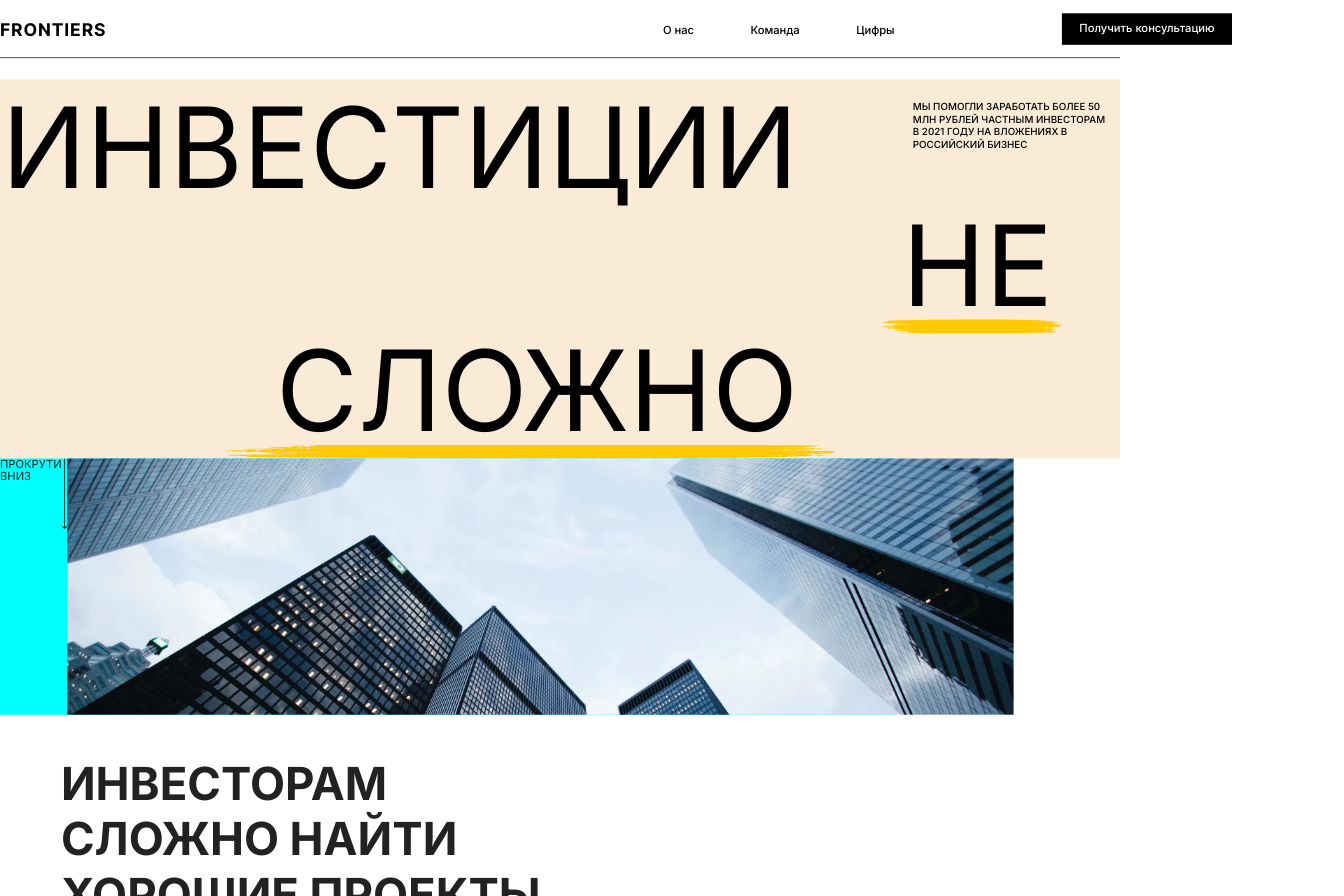
Repository: NadyaKorvin/frontiers
Page: /
These files come from the project's save history. The page is drawn as it stood at one moment and after the next save; the edit follows.
The browser window is 1280 px wide. The page is 1920 px wide, so the pictures cover 1920 px, including what lies to the right of the window. The pictures show the part of the page from y = 0 to 1280 px (the page is 2633 px tall), at 70% of full size.
The project was rebuilt for these pictures with package versions that can differ from the ones it lists, and the page was loaded fresh each time.

Above is the page before, as saved 2022-05-26 16:29:11.

### public/index.html
<!DOCTYPE html>
<html lang="en">
  <head>
    <meta charset="utf-8" />
    <link rel="icon" href="%PUBLIC_URL%/favicon.ico" />
    <meta name="viewport" content="width=device-width, initial-scale=1" />
    <meta name="theme-color" content="#000000" />
    <meta name="description" content="Web site created using create-react-app" />
    <link rel="apple-touch-icon" href="%PUBLIC_URL%/logo192.png" />
    <link rel="manifest" href="%PUBLIC_URL%/manifest.json" />
    <link rel="preconnect" href="https://fonts.googleapis.com" />
    <link rel="preconnect" href="https://fonts.gstatic.com" crossorigin />
    <link href="https://fonts.googleapis.com/css2?family=Inter:wght@300;400;500;700&display=swap" rel="stylesheet" />
    <title>FRONTIERS</title>
  </head>
  <body>
    <noscript>You need to enable JavaScript to run this app.</noscript>
    <div id="root"></div>
  </body>
</html>

### src/index.js
import React from "react"
import ReactDOM from "react-dom/client"

import App from "./App"

const root = ReactDOM.createRoot(document.getElementById("root"))
root.render(
  <React.StrictMode>
    <App />
  </React.StrictMode>
)

### src/App.js
import { useState } from "react";
import "./App.css";
import { SecondScreenAnimation } from "./components/secondScreen/SecondScreenAnimation";
import FirstScreen from "./components/firstScreen/FirstScreen";
import LastScreen from "./components/lastScreen/LastScreen";

function App() {
  const [mousePosition, setMousePosition] = useState("");

  const listenUpperMousePosition = (event) => {
    console.log(event);
    console.log(event.target);
    setMousePosition(event.target);
  };

  return (
    <>
      <FirstScreen />
      <div className="App">
        <SecondScreenAnimation listenMousePosition={listenUpperMousePosition} />
      </div>
      <LastScreen />
    </>
  );
}
export default App;

### src/App.css
@import url("./reset.css");
@import url("./components/secondScreen/SecondScreen.css");
@import url("./font/font.css");
@import url("./components/firstScreen/FirstScreen.css");
@import url("./components/lastScreen/LastScreen.css");
@import url("./components/button/Button.css");
@import url("./components/form/Form.css");

body {
  font-family: "Inter";
}

### src/components/secondScreen/SecondScreenAnimation.js
export function SecondScreenAnimation({ listenMousePosition, mousePosition }) {
  let goUp = ""
  const goUpBlackLines = (mousePosition) => {
    if (mousePosition === "animation__text_first_part") {
      goUp = "up"
      return goUp
    }
  }
  goUpBlackLines(mousePosition)
  console.log(goUp)
  return (
    <div className="animation__text_block">
      {goUp != "up" ? (
        <div>
          <div className="animation__text" onMouseOver={listenMousePosition}>
            <p className="animation__text_first_part">Инвесторам сложно найти хорошие проекты,</p>
            <p className="animation__text_second_part">а хорошим проектам — инвестиции.</p>
          </div>
          <div className="animation__black_lines">
            <div className="animation__1th_black_line"></div>
            <div className="animation__2th_black_line"></div>
            <div className="animation__3th_black_line"></div>
          </div>
        </div>
      ) : (
        <div>
          <div className="animation__text" onMouseOver={listenMousePosition}>
            <p className="animation__text_first_part" style={{ color: "#fff" }}>
              Инвесторам сложно найти хорошие проекты,
            </p>
            <p className="animation__text_second_part" style={{ color: "#000" }}>
              а хорошим проектам — инвестиции.
            </p>
          </div>
          <div className="animation__black_lines">
            <div className="animation__1th_black_line" style={{ width: "484px", marginTop: "-475px" }}></div>
            <div className="animation__2th_black_line" style={{ width: "586px" }}></div>
            <div className="animation__3th_black_line" style={{ width: "722px" }}></div>
          </div>
        </div>
      )}
    </div>
  )
}

### src/components/firstScreen/FirstScreen.js
import React from "react";
import image from "./image.webp";

export default function firstScreen() {
  const pointer = (
    <svg
      width="8"
      height="101"
      viewBox="0 0 8 101"
      fill="none"
      xmlns="http://www.w3.org/2000/svg"
    >
      <path
        d="M4.35355 100.356C4.15829 100.551 3.84171 100.551 3.64645 100.356L0.464466 97.1735C0.269204 96.9783 0.269204 96.6617 0.464466 96.4664C0.659728 96.2712 0.976311 96.2712 1.17157 96.4664L4 99.2948L6.82843 96.4664C7.02369 96.2712 7.34027 96.2712 7.53553 96.4664C7.7308 96.6617 7.7308 96.9783 7.53553 97.1735L4.35355 100.356ZM3.5 100.002L3.5 0.00195312H4.5L4.5 100.002H3.5Z"
        fill="black"
      />
    </svg>
  );

  return (
    <>
      <section className="firstscreen">
        <header className="firstscreen__header">
          <div className="firstscreen__logotype">FRONTIERS</div>
          <div className="firstscreen__menu">
            <div className="firstscreen__nav">
              <nav className="firstscreen__nav_team">
                <ul>О нас</ul>
                <ul>Команда</ul>
                <ul>Цифры</ul>
              </nav>
            </div>
            <div className="firstscreen__button">
              <p className="firstscreen__text_btn">Получить консультацию</p>
            </div>
          </div>
        </header>
        <div className="firstscreen__content">
          <div className="firstscreen__content_left_text">
            <p>ИНВЕСТИЦИИ</p>
            <div>
              <p>СЛОЖНО</p>
              <div className="firstscreen__content_vector_complex" />
            </div>
          </div>
          <div className="firstscreen__content_rihgt_text">
            <div className="firstscreen__content_rihgt_text_up">
              <p>
                Мы помогли заработать более 50 млн рублей частным инвесторам в
                2021 году на вложениях в российский бизнес
              </p>
            </div>
            <div className="firstscreen__content_rihgt_text_down">
              <p>НЕ</p>
              <div className="firstscreen__content_vector_not" />
            </div>
          </div>
        </div>
        <div className="firstscreen__content_bottom_content">
          <p>ПРОКРУТИ ВНИЗ</p>
          <div className="firstscreen__content_pointer">{pointer}</div>
          <img src={image} alt="" className="firstscreen__img" />
        </div>
      </section>
    </>
  );
}

### src/components/lastScreen/LastScreen.js
import React from "react";
import Form from "../form/Form"
import LogoKojo from "./LogoKojo"

export default function LastScreen() {
  return (
    <>
      <section className="lastscreen">
        <div className="lastscreen__wrapper">
          <div className="lastscreen__left_content">
            <p>
              ОТПРАВЬТЕ НАМ ЗАЯВКУ НА КОНСУЛЬТАЦИЮ И МЫ ПОДБЕРЕМ ДЛЯ ВАС
              НАИБОЛЕЕ ПОДХОДЯЩУЮ СТРАТЕГИЮ
            </p>
          </div>
          <div className="lastscreen__right_content">
            <div className="lastscreen__text_form">
              <p>ЗАПОЛНИТЕ ФОРМУ И МЫ С ВАМИ СВЯЖЕМСЯ В БЛИЖАЙШЕЕ ВРЕМЯ</p>
            </div>
            <Form />
          </div>
        </div>
        <footer className="lastscreen__footer">
          <div className="lastscreen__contact">
            <p>КОНТАКТЫ</p>
            <p>Санкт-Петербург, Невский пр-кт, 71 (5 этаж)</p>
            <p>+7 000 987 6543</p>
            <p><a href="mailto:info@frontiers.ru" >info@frontiers.ru</a></p>
          </div>
          <div className="lastscreen__design">
            <p>Дизайн и разработка</p>
            <LogoKojo />
          </div>
          <div className="lastscreen__frontiers">
            <p>FRONTIERS</p>
            <p>Политика конфиденциальности</p>
            <p>© 2022 Frontiers Group</p>
          </div>
        </footer>
      </section>
    </>
  );
}

### src/reset.css
html,
body,
div,
span,
applet,
object,
iframe,
h1,
h2,
h3,
h4,
h5,
h6,
p,
blockquote,
pre,
a,
abbr,
acronym,
address,
big,
cite,
code,
del,
dfn,
em,
img,
ins,
kbd,
q,
s,
samp,
small,
strike,
strong,
sub,
sup,
tt,
var,
b,
u,
i,
center,
dl,
dt,
dd,
ol,
ul,
li,
fieldset,
form,
label,
legend,
table,
caption,
tbody,
tfoot,
thead,
tr,
th,
td,
article,
aside,
canvas,
details,
embed,
figure,
figcaption,
footer,
header,
hgroup,
menu,
nav,
output,
ruby,
section,
summary,
time,
mark,
audio,
video {
  margin: 0;
  padding: 0;
  border: 0;
  font-size: 100%;
  font: inherit;
  vertical-align: baseline;
}

:focus {
  outline: 0;
}

article,
aside,
details,
figcaption,
figure,
footer,
header,
hgroup,
menu,
nav,
section {
  display: block;
}

body {
  line-height: 1;
}

ol,
ul {
  list-style: none;
}

blockquote,
q {
  quotes: none;
}

blockquote:before,
blockquote:after,
q:before,
q:after {
  content: "";
  content: none;
}

table {
  border-collapse: collapse;
  border-spacing: 0;
}

input[type="search"]::-webkit-search-cancel-button,
input[type="search"]::-webkit-search-decoration,
input[type="search"]::-webkit-search-results-button,
input[type="search"]::-webkit-search-results-decoration {
  -webkit-appearance: none;
  -moz-appearance: none;
}

input[type="search"] {
  -webkit-appearance: none;
  -moz-appearance: none;
  -webkit-box-sizing: content-box;
  -moz-box-sizing: content-box;
  box-sizing: content-box;
}

textarea {
  overflow: auto;
  vertical-align: top;
  resize: vertical;
}

[hidden] {
  display: none;
}

html {
  font-size: 100%; /* 1 */
  -webkit-text-size-adjust: 100%; /* 2 */
  -ms-text-size-adjust: 100%; /* 2 */
}

a:focus {
  outline: thin dotted;
}

a:active,
a:hover {
  outline: 0;
}

img {
  border: 0;
  -ms-interpolation-mode: bicubic;
}

figure {
  margin: 0;
}

form {
  margin: 0;
}

fieldset {
  border: 1px solid #c0c0c0;
  margin: 0 2px;
  padding: 0.35em 0.625em 0.75em;
}

legend {
  border: 0; /* 1 */
  padding: 0;
  white-space: normal; /* 2 */
  *margin-left: -7px; /* 3 */
}

button,
input,
select,
textarea {
  font-size: 100%; /* 1 */
  margin: 0; /* 2 */
  vertical-align: baseline; /* 3 */
  *vertical-align: middle; /* 3 */
}

button,
input {
  line-height: normal;
}

button,
select {
  text-transform: none;
}

button,
html input[type="button"], /* 1 */
input[type="reset"],
input[type="submit"] {
  -webkit-appearance: button; /* 2 */
  cursor: pointer; /* 3 */
  *overflow: visible; /* 4 */
}

button[disabled],
html input[disabled] {
  cursor: default;
}

input[type="checkbox"],
input[type="radio"] {
  box-sizing: border-box; /* 1 */
  padding: 0; /* 2 */
  *height: 13px; /* 3 */
  *width: 13px; /* 3 */
}

input[type="search"] {
  -webkit-appearance: textfield; /* 1 */
  -moz-box-sizing: content-box;
  -webkit-box-sizing: content-box; /* 2 */
  box-sizing: content-box;
}

input[type="search"]::-webkit-search-cancel-button,
input[type="search"]::-webkit-search-decoration {
  -webkit-appearance: none;
}

button::-moz-focus-inner,
input::-moz-focus-inner {
  border: 0;
  padding: 0;
}

textarea {
  overflow: auto; /* 1 */
  vertical-align: top; /* 2 */
}

table {
  border-collapse: collapse;
  border-spacing: 0;
}

html,
button,
input,
select,
textarea {
  color: #222;
}

::-moz-selection {
  background: #b3d4fc;
  text-shadow: none;
}

::selection {
  background: #b3d4fc;
  text-shadow: none;
}

img {
  vertical-align: middle;
}

fieldset {
  border: 0;
  margin: 0;
  padding: 0;
}

textarea {
  resize: vertical;
}

.chromeframe {
  margin: 0.2em 0;
  background: #ccc;
  color: #000;
  padding: 0.2em 0;
}

### src/components/secondScreen/SecondScreen.css
.second__screen {
  display: flex;
  justify-content: space-between;
  margin: 0 auto;
  margin-top: 174px;
  /* придкмать решение сделать по центру*/
  display: flex;
  width: 1600px;
  height: 733px;
}

.animation__text_block {
  display: block;
  margin-left: 87px;
}

.animation__text_first_part,
.animation__text_second_part {
  width: 770px;
  text-transform: uppercase;
  font-size: 65px;
  font-weight: 700;
  line-height: 79px;
  transition: 0.6s ease-out;
}

.animation__text_second_part {
  color: #fff;
}

.animation__black_lines {
  margin-left: -10px;
  margin-top: -236px;
}

.animation__1th_black_line {
  margin-bottom: 5px;
  height: 75px;
  width: 444px;
  background-color: #000;
  transition: 0.6s ease-out;
}

.animation__2th_black_line {
  margin-bottom: 5px;
  height: 75px;
  width: 475px;
  background-color: #000;
  transition: 0.6s ease-out;
}
.animation__3th_black_line {
  height: 75px;
  width: 502px;
  background-color: #000;
  transition: 0.6s ease-out;
}

.right__part {
  display: flex;
  margin-left: 190px;
  flex-direction: column;
}

.conversation__image {
  margin-right: 222px;
  display: block;
  width: 400px;
  height: 400px;
  background: url("../secondScreen/people.png");
}

.decoration_marks {
  margin-top: -110px;
  transform: rotate(-180deg);
  font-size: 200px;
  font-weight: 300;
}

.text_paragraph {
  margin-left: 90px;
  width: 431px;
  font-size: 18px;
  font-weight: 400;
  line-height: 23px;
  text-transform: uppercase;
  line-height: 130%;
}

### src/font/font.css
@font-face {
  font-family: "Inter";
  src:
    url("./Inter-Bold.ttf") format("truetype")
    url("./Inter-Bold.woff2") format("woff2"),
    url("./Inter-Bold.woff") format("woff");
  font-weight: 700;
  font-style: normal;
  font-stretch: normal;
  unicode-range: U+0020-E0D0;
}

@font-face {
  font-family: "Inter";
  src:
    url("./Inter-Regular.woff2") format("woff2"),
    url("./Inter-Regular.ttf") format("truetype")
    url("./Inter-Regular.woff") format("woff");
  font-weight: 400;
  font-style: normal;
  font-stretch: normal;
  unicode-range: U+0020-E0D0;
}

@font-face {
    font-family:'Inter Medium';
    src:
        url("./Inter-Medium.ttf") format("truetype")
        url('Inter-Medium.woff2') format('woff2'),
		url('Inter-Medium.woff') format('woff');
    font-weight: 500;
    font-style: normal;
    font-stretch: normal;
    unicode-range: U+0020-E0D0;
}

@font-face {
    font-family:'Inter Light';
    src:
        url("./Inter-Light.ttf") format("truetype")
        url('Inter-Light.woff2') format('woff2'),
		url('Inter-Light.woff') format('woff');
    font-weight: 300;
    font-style: normal;
    font-stretch: normal;
    unicode-range: U+0020-E0D0;
}

### src/components/firstScreen/FirstScreen.css
.firstscreen {
  height: 1080px;
}

.firstscreen__header {
  width: 1600px;
  height: 82px;
  margin: 0 auto;
  border-bottom: 1px solid #000000;
  display: flex;
  justify-content: space-between;
}

.firstscreen__logotype {
  width: 151px;
  height: 30px;
  padding-top: 27px;
  font-family: "Inter";
  font-style: normal;
  font-weight: 700;
  font-size: 25px;
  line-height: 30px;
  letter-spacing: 0.05em;
  color: #000000;
}

.firstscreen__menu {
  padding-top: 33px;
  width: 653px;
  display: flex;
  justify-content: space-between;
}

.firstscreen__nav {
  width: 331px;
}

.firstscreen__nav_team {
  display: flex;
  justify-content: space-between;

  font-family: "Inter";
  font-style: normal;
  font-weight: 500;
  font-size: 16px;
  line-height: 19px;

  color: #000000;
}

.firstscreen__button {
  position: absolute;
  width: 243px;
  height: 45px;
  left: 1517px;
  top: 19px;
  background: #000000;
}

.firstscreen__text_btn {
  padding-top: 12px;
  padding-bottom: 12px;
  font-family: "Inter";
  font-style: normal;
  font-weight: 500;
  font-size: 16px;
  line-height: 19px;
  text-align: center;
  color: #ffffff;
}

.firstscreen__content {
  margin: 0 auto;
  width: 1600px;
  margin-top: 30px;
  display: flex;
  background-color: antiquewhite;
}

.firstscreen__content_left_text {
  width: 1140px;
  height: 542px;
  display: flex;
  flex-direction: column;
  justify-content: space-between;
  text-align: end;
  font-family: "Inter";
  font-style: normal;
  font-weight: 400;
  font-size: 160px;
  line-height: 194px;
  text-transform: uppercase;
  color: #000000;
}

.firstscreen__content_vector_complex {
  margin-top: -20px;
  margin-left: 320px;
  width: 874px;
  height: 20px;
  background: url("./complex.svg");
}

.firstscreen__content_rihgt_text {
  margin-top: 30px;
  margin-left: 164px;
  width: 279px;
  height: 332px;
}

.firstscreen__content_rihgt_text_up {
  font-family: "Inter";
  font-style: normal;
  font-weight: 500;
  font-size: 14px;
  line-height: 130%;
  text-transform: uppercase;
  color: #000000;
}

.firstscreen__content_rihgt_text_down {
  margin-top: 66px;
  margin-left: -15px;
  width: 215px;
  height: 194px;
  font-family: "Inter";
  font-style: normal;
  font-weight: 400;
  font-size: 160px;
  line-height: 194px;
  text-transform: uppercase;
  color: #000000;
}

.firstscreen__content_vector_not {
  margin-top: -20px;
  margin-left: -30px;
  width: 256px;
  height: 20px;
  background: url(./not.svg);
}

.firstscreen__content_bottom_content {
  margin-top: ;
  display: flex;
  background-color: aqua;
}

.firstscreen__img {
  width: 1352px;
  height: 366px;
}

### src/components/lastScreen/LastScreen.css
.lastscreen {
  width: 1920px;
  height: 1080px;
}

.lastscreen__wrapper {
  position: relative;
  top: 109px;
  left: 170px;
  display: flex;
  justify-content: space-between;
  width: 1590px;
  height: 553px;
}

.lastscreen__left_content {
  position: relative;
  width: 775px;
  height: 553px;
  box-sizing: border-box;
  font-family: "Inter";
  font-style: normal;
  font-weight: 700;
  font-size: 65px;
  line-height: 79px;
  text-transform: uppercase;
  color: #000000;
}

.lastscreen__right_content {
  position: relative;
  width: 529px;
  height: 553px;
}

.lastscreen__text_form {
  width: 529px;
  height: 46px;
  left: 1231px;
  top: 4438px;
  font-family: "Inter";
  font-style: normal;
  font-weight: 400;
  font-size: 18px;
  line-height: 130%;
  text-transform: uppercase;
  color: #000000;
}

.lastscreen__footer {
  position: relative;
  margin: 308px 160px 0;
  width: 1600px;
  border-top: 1px solid #000000;
  bottom: 0px;
  display: flex;
  justify-content: space-between;
}

.lastscreen__contact {
  width: 357px;
}

.lastscreen__contact > p:nth-child(1) {
  padding: 33px 0 20px;
  font-family: "Inter";
  font-style: normal;
  font-weight: 700;
  font-size: 25px;
  line-height: 30px;
  color: #000000;
}

.contact > p:nth-child(2),
.contact > p:nth-child(3),
.contact > p:nth-child(4) {
  padding-bottom: 15px;
}

.design {
  padding-top: 150px;
  width: 260px;
  display: flex;
  margin-left: -80px;
  justify-content: space-between;
}

.frontiers {
  width: 250px;
  text-align: end;
}

.lastscreen__frontiers > p:nth-child(1) {
    padding: 30px 0 57px;
    font-family: "Inter";
    font-style: normal;
    font-weight: 700;
    font-size: 25px;
    line-height: 30px;
    color: #000000;
  }

.lastscreen__frontiers > p:nth-child(2),
.lastscreen__frontiers > p:nth-child(3) {
    padding-bottom: 15px;
}

a {
    text-decoration: none;
    color: #000000;
}

### src/components/button/Button.css
.form__button {
  position: relative;
  display: block;
  width: 243px;
  height: 55px;
  font-family: "Inter";
  font-size: 16px;
  background-color: #000000;
  border: 0;
  text-align: center;
  cursor: pointer;
  font-family: "Inter";
  font-style: normal;
  font-weight: 500;
  font-size: 16px;
  line-height: 19px;
  color: #ffffff;
}

### src/components/form/Form.css
.form {
  margin-top: 60px;
  width: 529px;
  height: 355px;
  border-top: 1px solid #d1d1d1;
}

.form__input,
.form__textarea {
  width: 529px;
  height: 80px;
  border: 0;
  outline: none;
  font-size: 18px;
  color: #000000;
  text-transform: uppercase;
}

.form__textarea {
  height: 80px;
  line-height: 80px;
  overflow: hidden;
  /* resize: none; */
}

.form__borders {
  border-bottom: 1px solid #d1d1d1;
}

.form__consent {
  display: -webkit-box;
  display: -ms-flexbox;
  display: flex;
  margin: 30px 0 0;
}

.form__policy_text {
  margin-top: 15px;
  margin-left: 15px;
  width: 250px;
  height: 40px;
  box-sizing: border-box;
  font-family: "Inter";
  font-style: normal;
  font-weight: 400;
  font-size: 13px;
  line-height: 150%;
  color: #787878;
}

.form__checkbox {
  opacity: 0;
  width: 0;
}

.form__checkfake {
  margin: 15px 0;
  display: block;
  width: 15px;
  height: 15px;
  border: 1px solid #1f1f1f;
  cursor: pointer;
}

.form__checkfake::before {
  content: "";
  position: absolute;
  display: block;
  width: 14px;
  height: 14px;
  background: url("./checkmark.svg");
  opacity: 0;
}

.form__checkbox:checked + .form__checkfake::before {
  opacity: 1;
}

.form__focus {
  text-transform: uppercase;
  color: #ff0000;
  margin-bottom: 10px;
  font-size: 13px;
}

.form__focus_consent {
  position: relative;
  top: 10px;
  text-transform: uppercase;
  color: #ff0000;
  font-size: 13px;
}

.form__btn {
    margin-top: 14px;
  position: relative;
  overflow: hidden;
}

### src/components/button/Button.js
import React from "react";

export default function Button({ title }) {
  return (
    <>
      <button className="form__button" >
        {title}
      </button>
    </>
  );
}

Loaded but not shown: src/components/lastScreen/LogoKojo.js (76 lines, source omitted); src/components/form/Form.js (142 lines, source omitted)

After the next save:
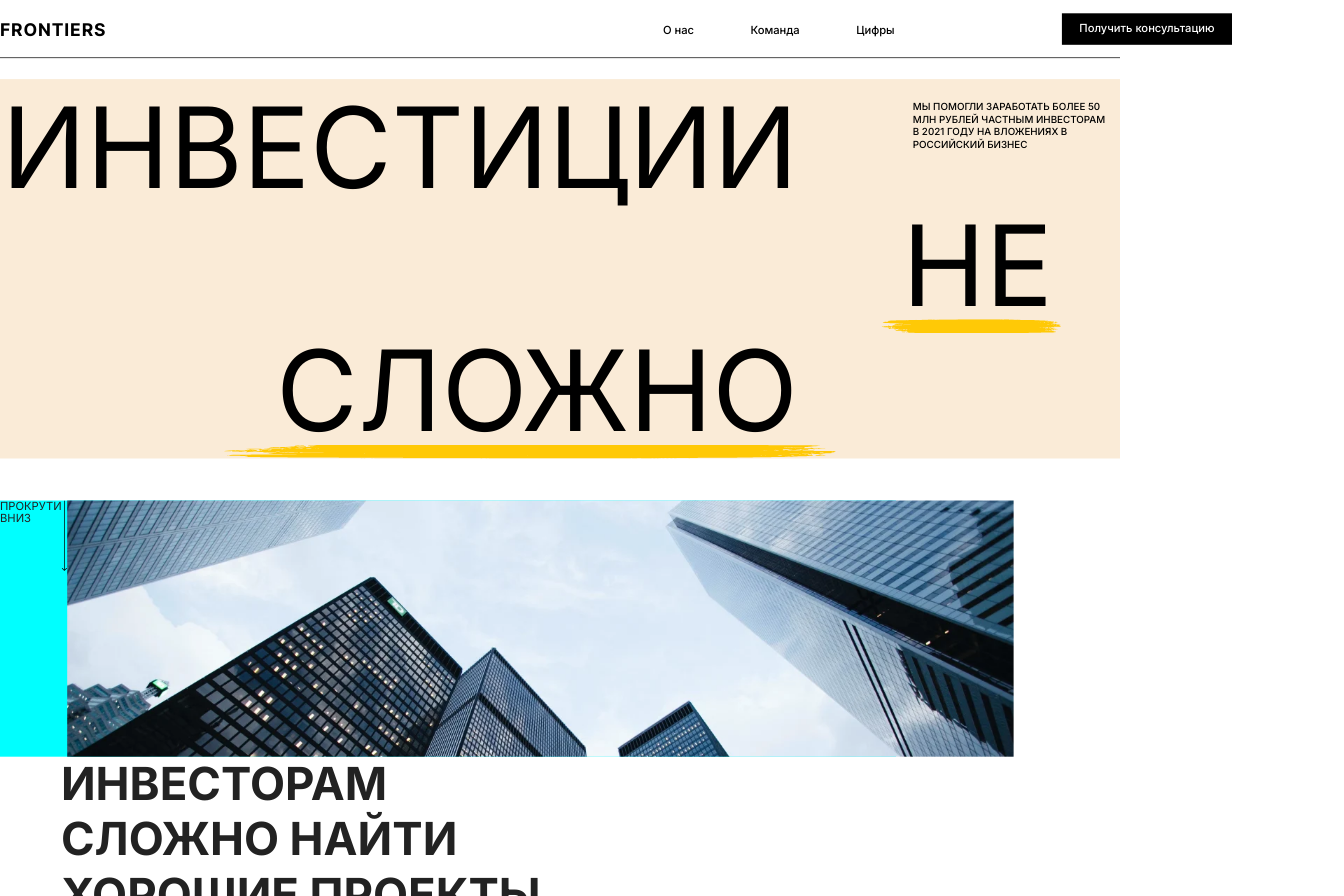
Saved 5 s later.
--- a/src/components/firstScreen/FirstScreen.css
+++ b/src/components/firstScreen/FirstScreen.css
@@ -141,7 +141,7 @@
 }
 
 .firstscreen__content_bottom_content {
-  margin-top: ;
+  margin-top: 60px;
   display: flex;
   background-color: aqua;
 }
